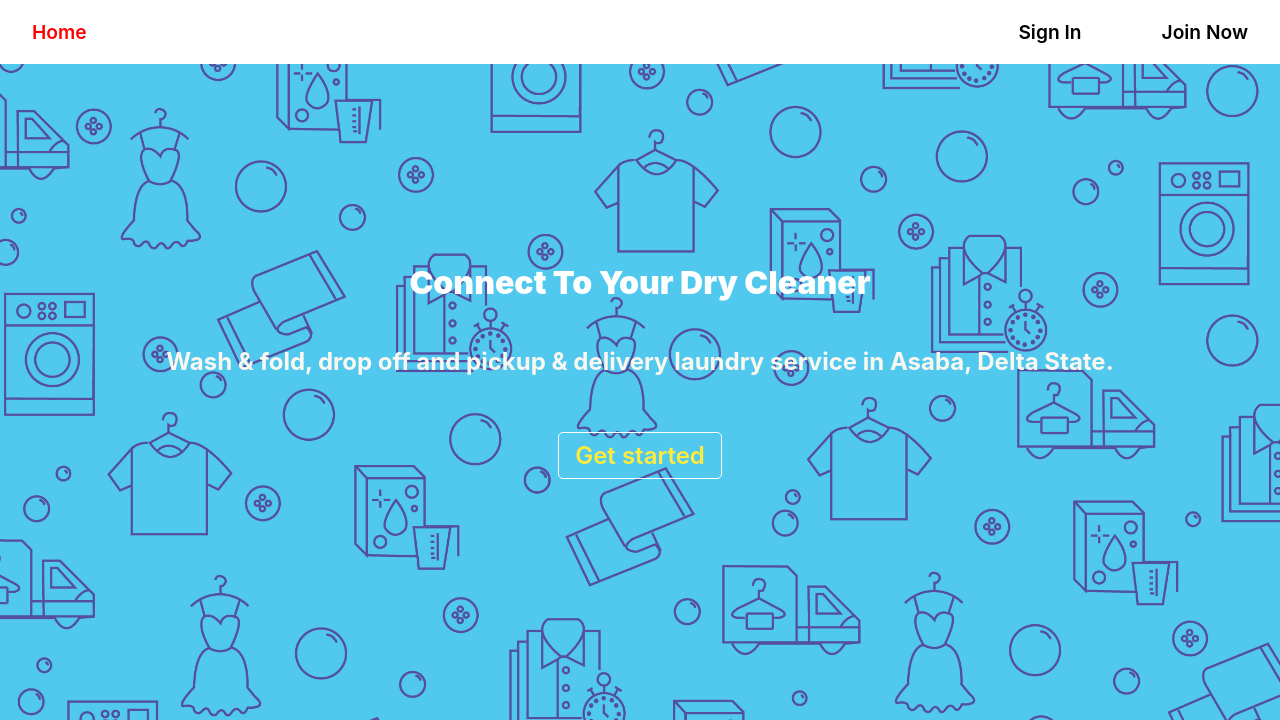
Repository: MikkyPrestige/fake-user-authentication
Page: /
The author's editor kept a copy of each file at every save. The page is drawn from the files as they stood at one save, then again after the next save.
The browser window is 1280 px wide. The pictures show the whole page.
The project was rebuilt for these pictures with package versions that can differ from the ones it lists, and the page was loaded fresh each time.

Above is the page before, as saved 2022-11-19 23:39:12.

### src/index.css
body {
  margin: 0;
  font-family: -apple-system, BlinkMacSystemFont, 'Segoe UI', 'Roboto', 'Oxygen',
    'Ubuntu', 'Cantarell', 'Fira Sans', 'Droid Sans', 'Helvetica Neue',
    sans-serif;
  -webkit-font-smoothing: antialiased;
  -moz-osx-font-smoothing: grayscale;
  background-image: url(./assets/img/pattern_blue-1.jpg);
  background-repeat: no-repeat;
  background-size: cover;
  background-position: center;
  background-attachment: fixed;
}

code {
  font-family: source-code-pro, Menlo, Monaco, Consolas, 'Courier New',
    monospace;
}

### src/App.jsx
import React from "react";
import { Route, Routes } from "react-router-dom";
import { Home, Navigation } from "./components";

function App() {
  return (
    <div className="App">
      <Navigation />
      <Routes>
      <Route path="/" element={< Home />} />
      </Routes>
    </div>
  );

}

export default App;

### src/components/index.js
export { default as Home } from './home';
export { default as Navigation } from './navigation';

### src/components/home.jsx
// HOME COMPONENT - This is the main component for the home page
// It contains the main content for the home page

import React from 'react';
import { Link } from 'react-router-dom';
import "../assets/styles/home.css";

const Home = () => {
    return (
        <div className="home">
            <div className="home__content">
                <h1 className="home__title">Connect to your Dry Cleaner</h1>
                <p className="home__description">Wash & fold, drop off and pickup & delivery laundry service in Asaba, Delta State.</p>
                <Link to="/" className="home__link">Get started</Link>
            </div>
        </div>
    )
}

export default Home;

### src/components/navigation.jsx
// NAVIGATION COMPONENT

import React from "react";
import { NavLink } from "react-router-dom";
import "../assets/styles/navigation.css";

const Navigation = () => {
  return (
    <div className="navigation">
      <nav className="navigation__links">
        <div className="navigation--link">
          <NavLink
            style={({ isActive }) =>
              isActive ? { color: "red" } : { color: "black" }
            }
            to="/"
            className="navigation__link--item"
            exact
          >
            Home
          </NavLink>
        </div>
        <div className="navigation__link--wrapper">
          <NavLink
            style={({ isActive }) =>
              isActive ? { color: "red" } : { color: "black" }
            }
            to="/signIn"
            className="navigation__link--item"
          >
            Sign In
          </NavLink>
          <NavLink
            style={({ isActive }) =>
              isActive ? { color: "red" } : { color: "black" }
            }
            to="/join"
            className="navigation__link--item"
          >
            Join Now
          </NavLink>
        </div>
      </nav>
    </div>
  );
};

export default Navigation;

### src/assets/styles/home.css
.home {
  background: url(../img/pattern_blue-1.jpg) no-repeat cover center fixed;
  height: 100vh;
  color:  #fff;
}

.home__content {
  display: flex;
  flex-direction: column;
  justify-content: center;
  align-items: center;
  height: 100%;
}

.home__title {
  font-size: 2rem;
  font-weight: 900;
  text-transform: capitalize;

}

.home__description {
  font-size: 1.5rem;
  font-weight: 700;
  color: #FAF7F0;
}

.home__link {
  text-decoration: none;
  color: #FFEB3B;
  font-size: 1.5rem;
  font-weight: 600;
  padding: .5rem 1rem;
  border: 1px solid #fff;
  border-radius: 5px;
  margin-top: 2rem;
}

### src/assets/styles/navigation.css
.navigation {
    background-color: #fff;
    height: 4rem;
    position: fixed;
    top: 0;
    width: 100%;
    z-index: 100;
}

.navigation__links {
    display: flex;
    justify-content: space-between;
    align-items: center;
    height: 100%;
    padding: 0 2rem;
}

.navigation__link--item {
    font-size: 1.2rem;
    font-weight: 600;
    text-decoration: none;
}

.navigation__link--wrapper {
  display: flex;
  align-items: center;
  gap: 5rem;
}

Loaded but not shown: public/index.html (common file); src/index.js (common file)

After the next save:
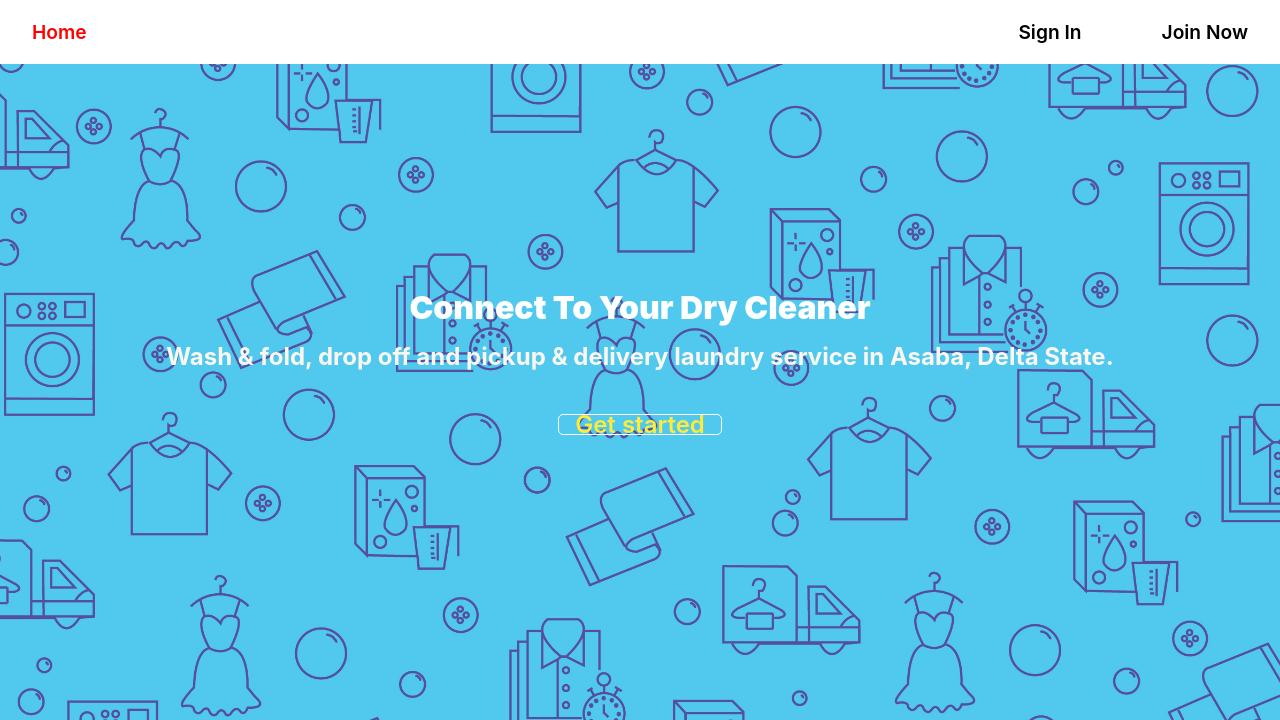
Saved 26 s later.
--- a/src/assets/styles/home.css
+++ b/src/assets/styles/home.css
@@ -10,6 +10,7 @@
   justify-content: center;
   align-items: center;
   height: 100%;
+  line-height: .2rem;
 }
 
 .home__title {
